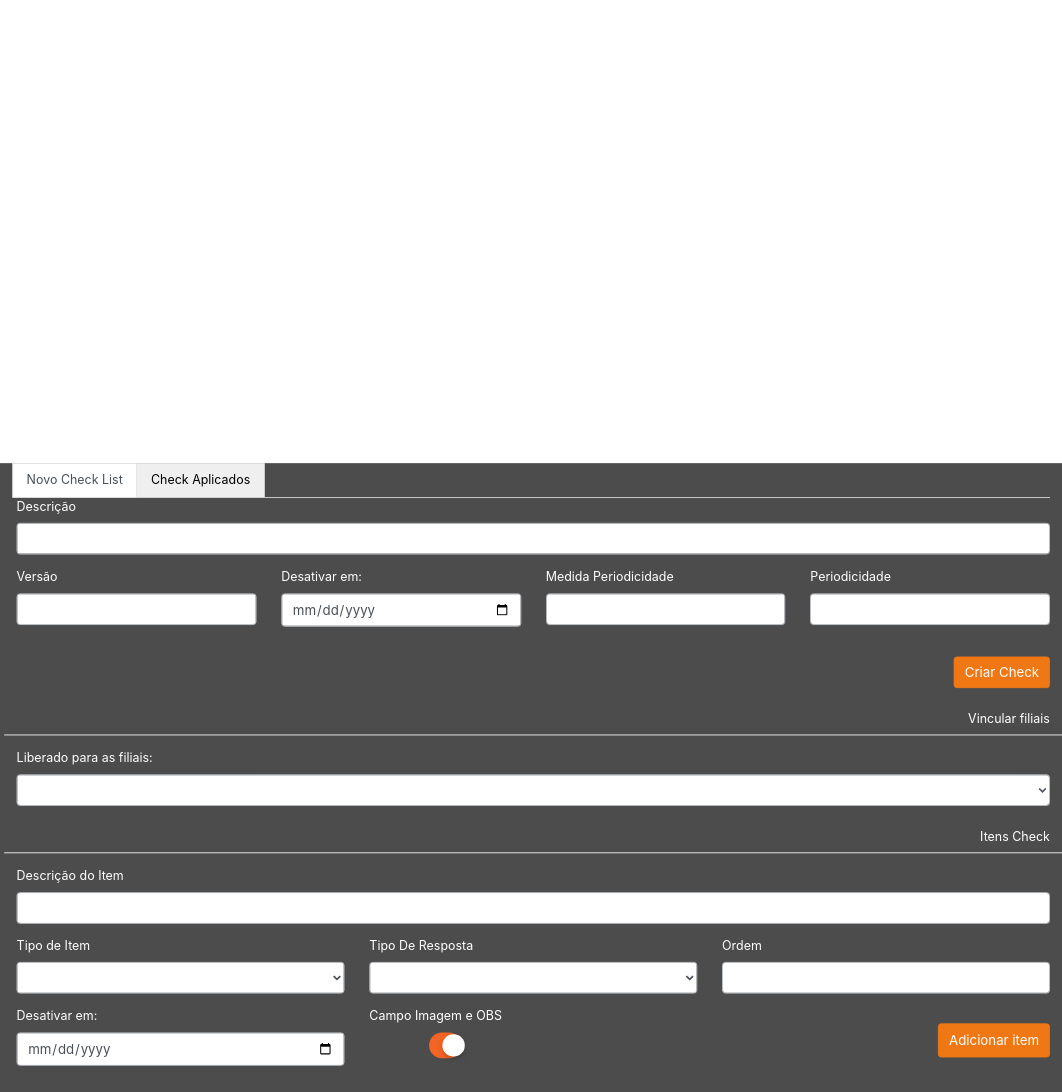
Repository: Conlog-SA/portal_operacional
Page: apps/safety_layout_checklist_app/templates/safety_layout_checklist_app/form_cad_layout_checklist.html
An editor plug-in stored every save of this project. The page is shown before and after the next save, followed by the edit.
The browser window is 1280 px wide. The pictures show the whole page, at 83% of full size.
The template is drawn by Django 3.2. The application's start-up code is not run. Other server files are loaded and not shown. The template is opened directly, without the code that normally fills it, so the values that code supplies are empty.

Above is the page before, as saved 2023-11-17 08:46:12.

### apps/safety_layout_checklist_app/templates/safety_layout_checklist_app/form_cad_layout_checklist.html
{% load static %}

{% block link_static_css %}
    <link rel="stylesheet" href="{% static 'css/cores.css' %}" />
    <link rel="stylesheet" href="{% static 'css/toggle_switch.css' %}" />
    <link rel="stylesheet" href="{% static 'css/loader.css' %}" />
    <link rel="stylesheet" href="{% static 'css/seguranca_safety_app/seguranca_safety.css' %}" />
    <link rel="stylesheet" href="{% static 'libs/bootstrap_4/css/bootstrap.min.css' %}" />

{% endblock %}

<div class="d-flex flex-column h-100 align-items-center justify-content-start text-white w-95" style="margin-right: 0px; width:100%;">
   <div class="mt-3 d-flex align-items-end justify-content-between div_Titulo" style="padding-bottom:15px;">
       <div class="d-flex align-items-center justify-content-center">
            <i class="fa-solid fa-truck-fast" style="font-size:50px; margin-left:0px; margin-right:15px; color:#cf6a15;"></i>
           <h1 class="titlePadraoMenu" style="margin-left:0px;">Safety</h1>
       </div>
       <img class="logo_cabecalho" src="{% static 'icons/logo-branca.png' %}" >
   </div>
    <div class="containerApp w-95">
        <div class="form-group form_div_check w-100" >
            <div class="col-md-12 w-100 h-100">
                <nav>
                    <div class="nav nav-tabs" id="myTab" role="tablist">
                      <button class="nav-link active tabs-nav" id="a_tab_new_check" data-bs-toggle="tab"
                         data-bs-target="#div_tab_new_check"  type="button" role="tab"
                         aria-controls="div_tab_new_check"
                         aria-selected="true" style="border-radius:0px 0px 0 0; font-size:15px">
                         Novo Check List
                         <i class="fa-solid fa-filter" style="color: #f46424;"></i>
                      </button>
                      <button class="nav-link tabs-nav" id="a_tab_check_criados" data-bs-toggle="tab"
                         data-bs-target="#div_check_criados" type="button" role="tab"
                         aria-controls="div_check_criados"
                         aria-selected="false" style="border-radius:0px 0px 0 0; font-size:15px" >
                         Check Aplicados
                        <i class="fa-solid fa-pen-to-square" style="color: #f46424"></i>
                      </button>
                    </div>
                </nav>
                <div class="tab-content" style="border-radius:0 0 10px 10px; font-size:15px">
                    <div class="tab-pane active" id="div_tab_new_check" role="tabpanel" aria-labelledby="a_tab_new_check" style="padding-left:5px;">
                        <form id="form_new_check_list" name="form_nem_check_list">
                          <div class="row">
                             <div class="form-group col-sm-12">
                               <label for="descricao_new_check"> Descrição </label>
                               <input type="text" class="form-control" id="descricao_new_check">
                             </div>
                             <div class="form-group col-sm-3">
                               <label for="versao_new_check">Versão</label>
                               <input type="text" class="form-control" id="versao_new_check">
                             </div>
                             <div class="form-group col-sm-3">
                               <label for="desativar_new_check_date">Desativar em:</label>
                               <input type="date" class="form-control" id="desativar_new_check_date">
                             </div>
                             <div class="form-group col-sm-3">
                               <label for="medida_periodicidade_new_check">Medida Periodicidade</label>
                               <input type="text" class="form-control" id="medida_periodicidade_new_check">
                             </div>
                             <div class="form-group col-sm-3">
                              <label for="periodicidade_new_check">Periodicidade</label>
                              <input type="text" class="form-control" id="periodicidade_new_check">
                            </div>
                             <div class="form-group col-sm-12 w-15 d-flex justify-content-end" style="margin-top:10px; margin-botton:10px">
                                <button type="button" class="btn btn-primary btn-form btn-cadastro" id="btn_new_check" name="btn_new_check" style="margin-top:10px; margin-botton:10px"> Criar Check </button>
                             </div>
                             <div class="form-group col-sm-12 d-flex justify-content-end divider">
                                <label>Vincular filiais</label>
                             </div>
                             <div class="form-group col-sm-12 d-flex align-items-start" style="margin-bottom:0px;">
                                 <label>Liberado para as filiais:</label>
                              </div>
                             <div class="form-group col-sm-12">
                                <select class="selectpicker form-control"
                                        id="liberado_filiais" name="liberado_filiais" placeholder="Liberado Filiais" required>
                                </select>
                             </div>
                             <div class="form-group col-sm-12 d-flex justify-content-end divider" style="margin-top:10px">
                                <label>Itens Check</label>
                             </div>
                              <div class="form-group col-sm-12">
                                   <label for="descricao_item_check"> Descrição do Item</label>
                                   <input type="text" class="form-control" id="descricao_item_check">
                             </div>
                             <div class="form-group col-sm-4">
                                   <label for="select_tipo_item">Tipo de Item</label>
                                   <select class="selectpicker form-control"
                                           id="select_tipo_item" name="select_tipo_item" placeholder="Tipo de Item" required>
                                   </select>
                             </div>
                             <div class="form-group col-sm-4">
                                <label for="select_tipo_resposta">Tipo De Resposta</label>
                                <select class="selectpicker form-control"
                                        id="select_tipo_resposta" name="select_tipo_resposta"
                                        placeholder="Tipo de Resposta" required>
                                </select>
                              </div>
                              <div class="form-group col-sm-4">
                                <label for="input_ordem_check">Ordem</label>
                                <input type="text" class="form-control" id="input_ordem_check">
                              </div>
                              <div class="form-group col-sm-4">
                                <label for="desativar_item_date">Desativar em:</label>
                                <input type="date" class="form-control" id="desativar_item_date">
                              </div>
                              <div class="form-group col-sm-2 check-box">
                                  <div class="label">
                                    <label for="obs_imagem_check_box"> Campo Imagem e OBS</label>
                                  </div>
                                  <div class="container" style="padding-right: 72px; padding-left: 72px;">
                                      <input type="checkbox" checked="checked" class="checkbox" name="obs_imagem_check_box" id="obs_imagem_check_box" style="width:10px; height:10px;">
                                      <label class="switch" for="obs_imagem_check_box">
                                      <span class="slider"></span>
                                        </label>
                                  </div>
                              </div>
                              <div class="form-group  col-md-6 w-15 d-flex justify-content-end" style="margin-top:10px; margin-botton:10px;">
                                <button type="button" class="btn btn-primary btn-form btn-cadastro" id="btn_new_item" name="btn_new_item" style="margin-bottom: 10px;margin-top: 10px;"> Adicionar item</button>
                             </div>
                          </div>
                        </form>
                    </div>
                    <div class="tab-pane" id="div_check_criados" role="tabpanel" aria-labelledby="a_tab_check_criados">
                       <form id="form_check_aplicados" name="form_check_aplicados" method="POST" style="margin-left:10px; margin-right:10px;">
                          <div class="row">
                              <div class="col md-5">
                                  <label for="filial_check_aplicado">Filial</label>
                                  <select class="selectpicker form-control" id="filial_check_aplicado" name="filial_check_aplicado">
                                  </select>
                              </div>
                          </div>
                       </form>
                    </div>
                </div>
            </div>
        </div>
    </div>
</div>


<script src="https://code.jquery.com/jquery-3.6.0.min.js"></script>
<script src="{% static 'libs/bootstrap_4/js/bootstrap.min.js' %}"></script>

### static/css/cores.css
:root{
    --cor_bg_login: rgba(24, 27, 30, 0.90);
    --cor_cinza_escuro: #515457;
    --cor_cinza_claro: #9fa3a7;
    --cor_cinza_claro2: #d0d0d0;
    --cor_branco: #e6e4e4;
    --cor_bg_solido: #181b1e;
    --cor_bg_solido_claro:#343537;
    --cor_bg_cinza_escuro: rgba(33,37,41,0.9) !important;
    --cor_bg_cinza_escuro_cabecalho: rgba(33,37,41,0.7) !important;
    --cor_bg_modais_body: #DCDCDC;

    --cor_empresa: #f46424;
    --cor_empresa_hover: #df5b23;
    --cor_empresa_active: #b24110;

    --bs-accordion-btn-focus-box-shadow_custom: 0 0 0 0.25rem rgba(244, 100, 36, 0.25);

    --bs-accordion-btn-active-icon_custom:url('');

    --cor_card_chamado_hover: #ccccce;
    --cor_card_chamado_active: #999999;
    --cor_chamado_emergencial: #b30f04;
    --cor_branco: #fff;
    /* --cor_branco_escuro: #969393; */
    --cor_card_a_atender: #e3f8f5;
    --cor_card_atendendo: #e1ffe4;;
    --cor_card_em_espera: #fdf9c6;
}

### static/css/toggle_switch.css
/* Remove this container when use*/
.component-title {
    width: 100%;
    position: absolute;
    z-index: 999;
    top: 30px;
    left: 0;
    padding: 0;
    margin: 0;
    font-size: 1rem;
    font-weight: 700;
    color: #888;
    text-align: center;
  }

  /* The switch - the box around the slider */
  .container {
    width: 77px;
    height: 31px;
    position: relative;
  }

  /* Hide default HTML checkbox */
  .checkbox {
    opacity: 0;
    width: 0;
    height: 0;
    position: absolute;
  }

  .switch {
    width: 100%;
    height: 100%;
    display: block;
    background-color: #e9e9eb;
    border-radius: 16px;
    cursor: pointer;
    transition: all 0.2s ease-out;
  }

  /* The slider */
  .slider {
    width: 27px;
    height: 27px;
    position: absolute;
    left: calc(50% - 27px/2 - 10px);
    top: calc(50% - 27px/2);
    border-radius: 50%;
    background: #FFFFFF;
    box-shadow: 0px 3px 8px rgba(0, 0, 0, 0.15), 0px 3px 1px rgba(0, 0, 0, 0.06);
    transition: all 0.2s ease-out;
    cursor: pointer;
  }

  .checkbox:checked + .switch {
    background-color: #f46424;
  }

  .checkbox:checked + .switch .slider {
    left: calc(50% - 27px/2 + 10px);
    top: calc(50% - 27px/2);
  }

  .cursor-pointer{
    cursor: pointer;
  }

### static/css/loader.css
.loader {
  /* display: flex; */
  margin-left: 1.5rem;
  align-items: center;
  /* width: 50px;
  height: 50px; */
  position: relative;
  display: none;
}

.loader:before {
  align-items: center;
  display: flex;
  content: "";
    position: absolute;
    top: -10px;
    left: -10px;
    right: -10px;
    bottom: -10px;
    border-radius: 50%;
    /* width: 50px;
    height: 50px; */
  }

  .loader-inner {
    display: flex;
    justify-content: center;
    align-items: center;
    position: relative;
  }

  .loader-block {
    display: inline-block;
    width: 10px;
    height: 10px;
    margin: 2px;
    background-color: #f46424;
    box-shadow: 0 0 20px #f46424;
    animation: loader_562 1.2s cubic-bezier(0.5, 0, 0.5, 1) infinite;
  }

  .loader-block:nth-child(1) {
    animation-delay: 0.1s;
  }

  .loader-block:nth-child(2) {
    animation-delay: 0.2s;
  }

  .loader-block:nth-child(3) {
    animation-delay: 0.3s;
  }

  .loader-block:nth-child(4) {
    animation-delay: 0.4s;
  }

  .loader-block:nth-child(5) {
    animation-delay: 0.5s;
  }

  .loader-block:nth-child(6) {
    animation-delay: 0.6s;
  }

  .loader-block:nth-child(7) {
    animation-delay: 0.7s;
  }

  .loader-block:nth-child(8) {
    animation-delay: 0.8s;
  }

  @keyframes loader_562 {
    0% {
      transform: scale(1);
      box-shadow: 0 0 20px rgba(255, 255, 255, 0.5);
    }

    20% {
      transform: scale(1, 2.5);
      box-shadow: 0 0 50px rgba(255, 255, 255, 0.7);
    }

    40% {
      transform: scale(1);
      box-shadow: 0 0 20px rgba(255, 255, 255, 0.5);
    }
  }

### static/css/seguranca_safety_app/seguranca_safety.css
.containerApp {
    background: rgba(0, 0, 0, 0.7); /* Cor preta com 50% de opacidade */
    color: white; /* Cor do texto, por exemplo, branco */
}

label[for="liberado_filiais"] {
    text-align: left !important; /* Tente usar !important para forçar a aplicação do estilo */
}

.divider {
    border-bottom: 1px solid #ffffff; /* Adicione a cor e largura desejadas para a linha */
    margin-top: 10px;
  }

.btn-cadastro{
    background-color: #ef7814 !important;
    border-color: #ef7814 !important;

}

Loaded but not shown: static/libs/bootstrap_4/css/bootstrap.min.css (library); static/libs/bootstrap_4/js/bootstrap.min.js (library)

After the next save:
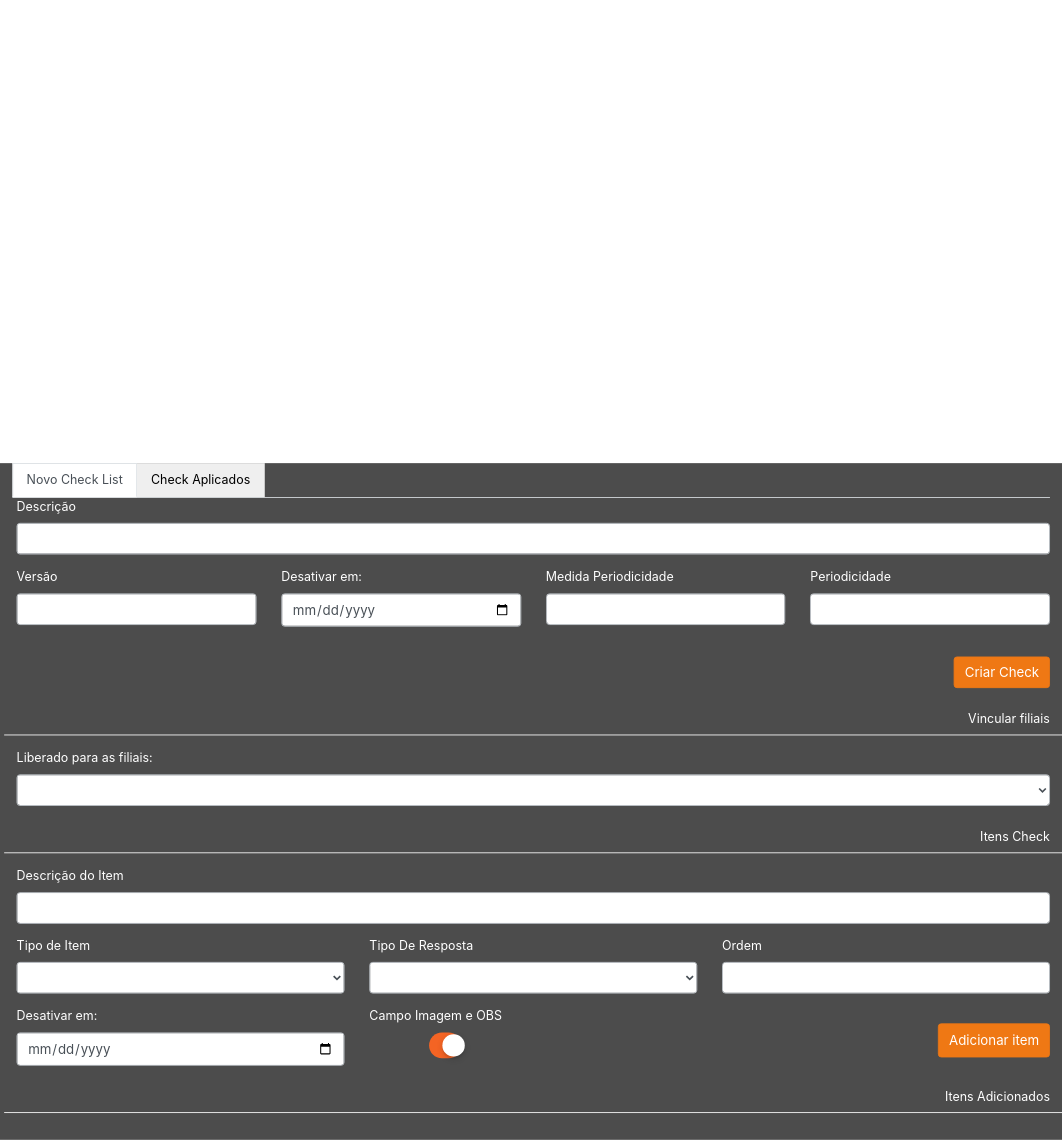
Saved 5 min 10 s later.
--- a/apps/safety_layout_checklist_app/templates/safety_layout_checklist_app/form_cad_layout_checklist.html
+++ b/apps/safety_layout_checklist_app/templates/safety_layout_checklist_app/form_cad_layout_checklist.html
@@ -118,6 +118,9 @@
                               <div class="form-group  col-md-6 w-15 d-flex justify-content-end" style="margin-top:10px; margin-botton:10px;">
                                 <button type="button" class="btn btn-primary btn-form btn-cadastro" id="btn_new_item" name="btn_new_item" style="margin-bottom: 10px;margin-top: 10px;"> Adicionar item</button>
                              </div>
+                             <div class="form-group col-sm-12 d-flex justify-content-end divider">
+                              <label>Itens Adicionados</label>
+                           </div>
                           </div>
                         </form>
                     </div>
